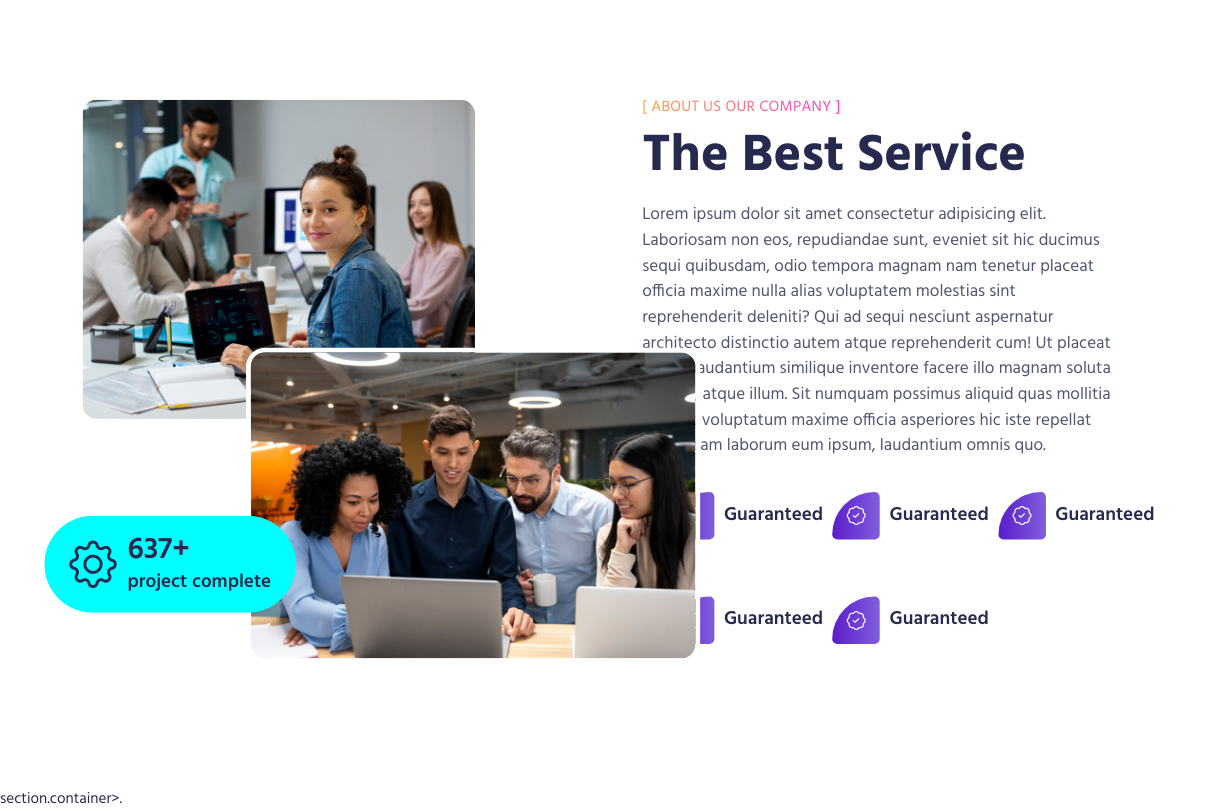
Repository: tagnam/mirehel2.0
Page: about.html
An editor plug-in stored every save of this project. The page is shown before and after a run of saves, followed by the edit.
The browser window is 1280 px wide. The pictures show the whole page, at 95% of full size.

Above is the page before, as saved 2025-02-03 12:47:02.

### about.html
<!DOCTYPE html>
<html lang="en">
<head>
    <meta charset="UTF-8">
    <meta name="viewport" content="width=device-width, initial-scale=1.0">
    <title>about</title>
    <link href="https://cdn.jsdelivr.net/npm/bootstrap@5.0.2/dist/css/bootstrap.min.css" rel="stylesheet" integrity="sha384-EVSTQN3/azprG1Anm3QDgpJLIm9Nao0Yz1ztcQTwFspd3yD65VohhpuuCOmLASjC" crossorigin="anonymous">
    <link rel="stylesheet" href="style/css/animation.css">
    <link rel="stylesheet" href="style/css/style.css">
    <link rel="stylesheet" href="style/css/animation.css">
</head>
<body>
<!--======================================== about section ==================================== -->


<section>
    <div class="container">
        <div class="row">
            <div class="col-lg-6">
                <div class="about-left">
                    <figure class="about-img-container">
                        <img class="about-img-001 A-image01" src="images/about-img-1.jpg" alt="">
                        <img class="about-img-001 A-image02" src="images/about-img-2.jpg" alt="">
                    </figure>
                    <div class="project-counter">
                        <div class="project-icon">
                            <i class="bi bi-gear"></i>
                        </div>
                        <div class="project-number">
                            <h2>637+</h2>
                            <p> project complete </p>
                        </div>

                    </div>

                </div>
            </div>
            <div class="col-lg-6">
                <div class="container-fluid " style="margin-bottom: 20px;">


                            <h3 class="sub-heading">[ about us our company ]</h3>
                            <h1 class="title">The Best Service</h1>


                            <div class="about-text">
                                <p>Lorem ipsum dolor sit amet consectetur adipisicing elit. Laboriosam non eos, repudiandae sunt, eveniet sit hic ducimus sequi quibusdam, odio tempora magnam nam tenetur placeat officia maxime nulla alias voluptatem molestias sint reprehenderit deleniti? Qui ad sequi nesciunt aspernatur architecto distinctio autem atque reprehenderit cum! Ut placeat itaque laudantium similique inventore facere illo magnam soluta quis ab, atque illum. Sit numquam possimus aliquid quas mollitia suscipit voluptatum maxime officia asperiores hic iste repellat laboriosam laborum eum ipsum, laudantium omnis quo.</p>

                        </div>
                    </div>
                    <div class="about-right-container">
                        <ul class="about-list">
                            <li class="about-list-item">
                                <div class="col-lg-2 about-icon"><i class="bi bi-patch-check"></i></div>
                                <div class="col-lg-10">
                                    <div class="about-list-title"> Guaranteed</div>

                                </div>
                            </li>

                            <li class="about-list-item">
                                <div class="col-lg-2 about-icon"><i class="bi bi-patch-check"></i></div>
                                <div class="col-lg-10">
                                    <div class="about-list-title">Guaranteed</div>

                                </div>
                            </li>
                            <li class="about-list-item">
                                <div class="col-lg-2 about-icon"><i class="bi bi-patch-check"></i></div>
                                <div class="col-lg-10">
                                    <div class="about-list-title">Guaranteed</div>

                                </div>
                            </li>
                            <li class="about-list-item">
                                <div class="col-lg-2 about-icon"><i class="bi bi-patch-check"></i></div>
                                <div class="col-lg-10">
                                    <div class="about-list-title">Guaranteed</div>

                                </div>
                            </li>
                            <li class="about-list-item">
                                <div class="col-lg-2 about-icon"><i class="bi bi-patch-check"></i></div>
                                <div class="col-lg-10">
                                    <div class="about-list-title">Guaranteed</div>

                                </div>
                            </li>
                        </ul>
                </div>
                </div>

            </div>
        </div>
    </div>
</section>

<!--======================================== end about section ==================================== -->

<!--========================================  service section ==================================== -->

section.container>.
<!--======================================== end service section ==================================== -->







    <script src="https://cdn.jsdelivr.net/npm/bootstrap@5.0.2/dist/js/bootstrap.bundle.min.js" integrity="sha384-MrcW6ZMFYlzcLA8Nl+NtUVF0sA7MsXsP1UyJoMp4YLEuNSfAP+JcXn/tWtIaxVXM" crossorigin="anonymous"></script>
    <script src="https://cdn.jsdelivr.net/npm/@popperjs/core@2.9.2/dist/umd/popper.min.js" integrity="sha384-IQsoLXl5PILFhosVNubq5LC7Qb9DXgDA9i+tQ8Zj3iwWAwPtgFTxbJ8NT4GN1R8p" crossorigin="anonymous"></script>
    <script src="https://cdn.jsdelivr.net/npm/bootstrap@5.0.2/dist/js/bootstrap.min.js" integrity="sha384-cVKIPhGWiC2Al4u+LWgxfKTRIcfu0JTxR+EQDz/bgldoEyl4H0zUF0QKbrJ0EcQF" crossorigin="anonymous"></script>
</body>
</html>

### style/css/animation.css

@keyframes boxmove{
    50% {
        transform: translateX(-20%);
    }
}

### style/css/style.css

@import url('https://fonts.googleapis.com/css2?family=Hind:wght@300;400;500;600;700&family=Inter:ital,opsz,wght@0,14..32,100..900;1,14..32,100..900&family=Open+Sans:ital,wght@0,300..800;1,300..800&family=Oswald:wght@200..700&family=Poppins:ital,wght@0,100;0,200;0,300;0,400;0,500;0,600;0,700;0,800;0,900;1,100;1,200;1,300;1,400;1,500;1,600;1,700;1,800;1,900&family=Raleway:ital,wght@0,100..900;1,100..900&family=Roboto:ital,wght@0,100;0,300;0,400;0,500;0,700;0,900;1,100;1,300;1,400;1,500;1,700;1,900&family=Urbanist:ital,wght@0,100..900;1,100..900&display=swap');
@import url("https://cdn.jsdelivr.net/npm/bootstrap-icons@1.11.3/font/bootstrap-icons.min.css");
*{
    margin: 0;
    padding: 0;
    box-sizing: border-box;
}

:root{
    --primary-color: #252A4E;
    --secondary-color: #a249ed;

}

body{
    font-family: "Hind", serif;

    color:#252A4E;
}

section{
    padding: 100px 0;
}

.row-container{
    margin-top: 50px;
}
.banner-section{
    background-image: url(/images/banner-bg.webp);
    background-size: cover;
    background-position: center;
    /* background-attachment: fixed; */
    /* height: 100vh; */
    position: relative;
    margin: 15px;
    padding: 8px;
}
.section-btn{
    height: 100%;
    display: flex
;
    justify-content: flex-end;
    align-items: flex-end;
}

.title{
    font-size: 55px;
    font-weight: 800;
    line-height: 1;
}

.banner-img{
    position: relative;
    bottom: -89px;
}
.banner-content{
    margin-top: 100px;
    padding-right: 100px;
}

.banner-title{
    font-size: 70px;
    font-weight: 800;
    line-height: 1;
}

.banner-text{
    font-size: 20px;
    font-weight: 400;
    line-height: 1.5;
    margin-top: 20px;
    color:#515670;
}

.banner-title span{
    color: var(--secondary-color);
}
.sub-heading{
    position: relative;
    display: inline-block;
    font-size: 16px;
    letter-spacing: 0.32px;
    line-height: 26px;
    font-weight: 400;
    font-family: var(--galada);
    text-transform: uppercase;
    background: linear-gradient(90deg, #FFA835 -3.85%, #FA3DCC 97.3%, #FA3AD0 100%);
    background-clip: text;
    -webkit-background-clip: text;
    -webkit-text-fill-color: transparent;

    margin-bottom: 12px;
}




.banner-icon{
    width: 100%;
    background: linear-gradient(90deg, #9255CE -2.17%, #BE60FF 100%);
    box-shadow: 0px 0px 20px 0px rgba(0, 0, 0, 0.08);
    border-radius: 30px 45px 30px 30px;
    position: relative;
    padding: 20px;
    top: 28px;
    right: -13px;
}

.banner-icon h2{
    font-size: 45px;
    font-weight: 800;
    /* line-height: 1.5; */
    color: #fff;
    /* margin-bottom: 20px; */
    text-align: start;
    margin: unset;
    line-height: 38px;
    padding: 10px;
}

.banner-icon h4{
    font-size: 27px;
    font-weight: 600;
    line-height: 1.5;
    color: #fff;
    /* margin-top: 20px; */
    text-align: start;
    text-transform: uppercase;
}


.marquee-content{
    background: linear-gradient(90deg, #70DBFF 0%, #DD98FF 100%);
    border-radius: 0 0 35px 30px;
    overflow: hidden;
    padding: 23px 45px;
    width: 100%;
    position: absolute;
    left: 9px;
    bottom: -12px;
    display: flex;
    justify-content: space-between;
    align-items: center;
}


/* <!--===================================== about section end ========================================--> */
.about-right-container{
    padding-left: 50px;
}
.about-text p{
    font-size: 18px;
    line-height: 1.5;
    color: #515670;
    margin-top: 20px;
}

.about-img{
    position: relative;
    transform: translate(30px, 30px);
    width: 100%;
}

.about-figure{
    position: relative;
  background-color: aqua;
  padding: 20px;
}


.about-list{

    list-style: none;
    padding: unset;
    display: grid;
    grid-template-columns: repeat(3, 1fr);
    grid-template-rows: repeat(2, 100px);
    gap: 10px; }


.about-list li{
    display: flex;
    align-items: center;
    margin-bottom: 20px;
    justify-content: space-between;
}

.about-icon{

    display: flex;
    justify-content: center;
    align-items: center;
    background-color:var(--secondary-color);
    width: 50px;
    height: 50px;
    background: linear-gradient(90deg, #5A1CCB -2.17%, #815EDC 100%);
    border-radius: 50px 6px 6px 6px;
}

.about-icon .bi{
    font-size: 20px;
    color: #fff;
    display: flex;
    justify-content: center;
    align-items: center;
}


.about-list-title{
    font-size: 20px;
    line-height: 1.16;
    /* margin-bottom: 4px; */
    font-weight: 600;
    margin-left: 10px;
}

.about-list-text p{
    font-size: 16px;
    line-height: 1.5;
    color: #515670;
    margin: unset;
}
/* <!--===================================== about section end ========================================--> */




/* <!--===================================== service section start ========================================--> */

.service-index {
    width: 100%;
    display: flex;
    justify-content: center;
    align-items: center;
}

.service-index h2{
    position: relative;
    display: inline-block;

    letter-spacing: 0.32px;
margin: unset;
    font-weight: 600;
    font-family: var(--galada);
    text-transform: uppercase;
    background: linear-gradient(90deg, #FFA835 -3.85%, #FA3DCC 97.3%, #FA3AD0 100%);
    background-clip: text;
    -webkit-background-clip: text;
    -webkit-text-fill-color: transparent;

}

.service-title h3{
    font-size: 40px;
    font-weight: 800;
    line-height: 1;
    color: #252A4E;
    margin-bottom: 20px;
}

.service-row{
    border-bottom: 2px solid red;
    margin-bottom: 30px;
}

.service-icon{
    display: flex;
    justify-content: center;
}

.service-icon .bi{
    font-size: 45px;
    color:red;
    display: flex;
    justify-content: center;
    align-items: center;
}
/* <!--===================================== service section end ========================================--> */




/* <!--===================================== project section start========================================--> */




/* <!--===================================== project section start========================================--> */





/* <!--===================================== testimonial section start========================================--> */


.testimonial-card{
    background: linear-gradient(90deg, #70DBFF 0%, #DD98FF 100%);
    padding: 0px 20px;
    border-radius: 20px;
}


.testimonial-img{
    height: 58px;
    width: 58px;
    background: red;
    border-radius: 64%;
    border: 2px solid;
}

.testimonial-top{
    padding-bottom: 20px;
    border-bottom: 1px solid #fff;

}


.testimonial-bottom h2{
    font-size: 65px;
    font-weight: 600;
    line-height: 1.5;
    color: #fff;
    margin-top: 20px;
    text-align: start;
    text-transform: uppercase;
}

.testimonial-bottom p{
    font-size: 20px;
    line-height: 1.5;
    color: #fff;
    margin: unset;
}

  .testimonial .testimonial-content {
    margin: 10px 10px 0;
    /* background: #efefef; */
    padding: 0px 60px;
    position: relative;
    border: none;
    border-radius: 8px;
    font-style: italic;
    font-size: 25px;
    border: 2px solid;
    border-radius: 20px;
  }

  .testimonial .testimonial-content:before,
  .testimonial .testimonial-content:after {
    content: "\201C";
    position: absolute;
    font-size: 80px;
    line-height: 1;
    color: #757f9a;
    font-style: normal;
  }

  .testimonial .testimonial-content:before {
    top: 0;
    left: 10px;
  }

  .testimonial .testimonial-content:after {
    content: "\201D";
    right: 10px;
    bottom: -0.5em;
  }

.testimonial-start{
    display: flex    ;
        justify-content: left;
        align-items: center;
        margin: 20px 0px;
}

.testimonial-start .bi{
    margin: 0px 5px;
    font-size: 20px;
}
/* <!--===================================== testimonial section start========================================--> */

/* <!--===================================== project section start========================================--> */
.project-img{
    height: 550px;
}

.project-card .project-img {
    transition: 1ms ease-in-out;
}

.project-card:hover .project-img{
    transform: scaleX(1) scaleY(1) scaleZ(0.1) rotateX(15deg) rotateY(0deg) rotateZ(0deg) translateX(0px) translateY(0px) translateZ(0px) skewX(0deg) skewY(0deg);
}

.project-content{
    margin-top: -100px;
    z-index: 1;
}
/* <!--===================================== project section end========================================--> */



/* <!--===================================== choice section start========================================--> */

.choice-container{
    position: relative;
    padding: 10px;
    background-color: transparent;
height: 400px;
border: 15px solid transparent;
  /* border-image:linear-gradient(180deg, red 0%, #00000000 90.04%); */
  /* border-image:linear-gradient(180deg, #00000000  0%, red 90.04%); */
  border-image-slice: 1;
border-radius: 20px;
background: linear-gradient(white, white) padding-box,
linear-gradient(180deg, red 0%, #00000000 90.04%) border-box;
}

/* <!--===================================== choice section end========================================--> */


















/* ----------------------------new about  */

.about-img-container{
    position: relative;
}
.about-img-001{
    border-radius: 20px;
    border: 5px solid #fff;
}

.A-image01{

}

.A-image02{
    margin-top: -80px;
    margin-left: 177px;
}

.project-counter{
    width: 265px;
    background-color: aqua;
    display: flex;
    justify-content: space-evenly;
    border-radius: 100px 100px 100px 100px;
    align-items: center;
    padding: 17px 15px;
    position: absolute;
    bottom: 75px;
    background-size: cover;
    background-position: center center;
    transition: all .4s ease;
    animation: boxmove 3s infinite linear alternate;

}

.project-counter:hover{
    background-color: #fff;
}

.project-icon .bi{
    display: flex;
    font-size: 50px;
}

.project-number h2{
    margin: unset;
    font-weight: 600;
}

.project-number p{
    margin: unset;
    font-weight: 600;
    font-size: 20px;

}

After the next 8 saves:
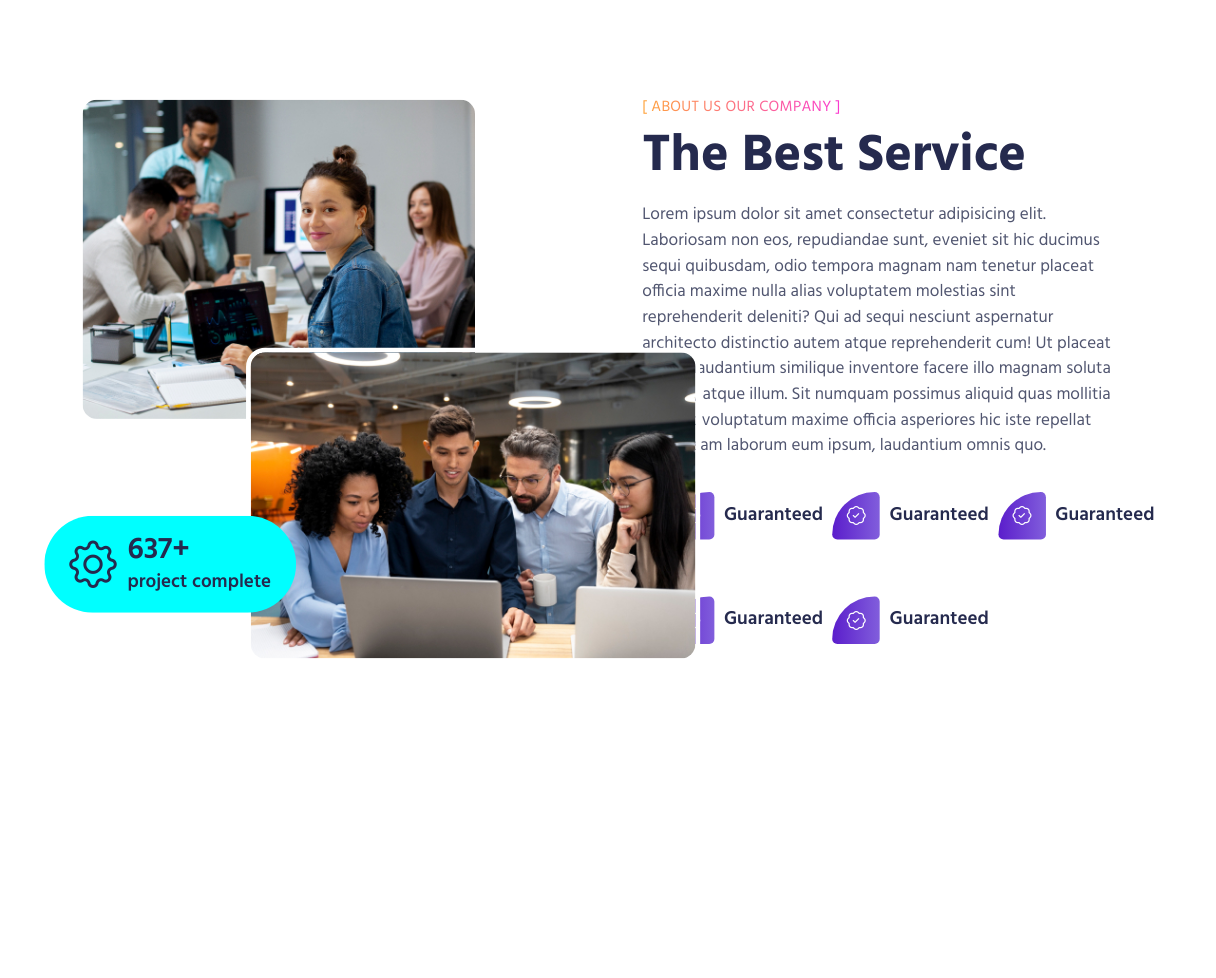
The 8 saves are shown as one change because they came seconds apart.
The last was saved 18 s later.
--- a/about.html
+++ b/about.html
@@ -99,7 +99,16 @@
 
 <!--========================================  service section ==================================== -->
 
-section.container>.
+<section class="container">
+    <div class="row">
+        <div class="col-lg-6">
+
+        </div>
+        <div class="col-lg-6">
+
+        </div>
+    </div>
+</section>
 <!--======================================== end service section ==================================== -->
 
 
